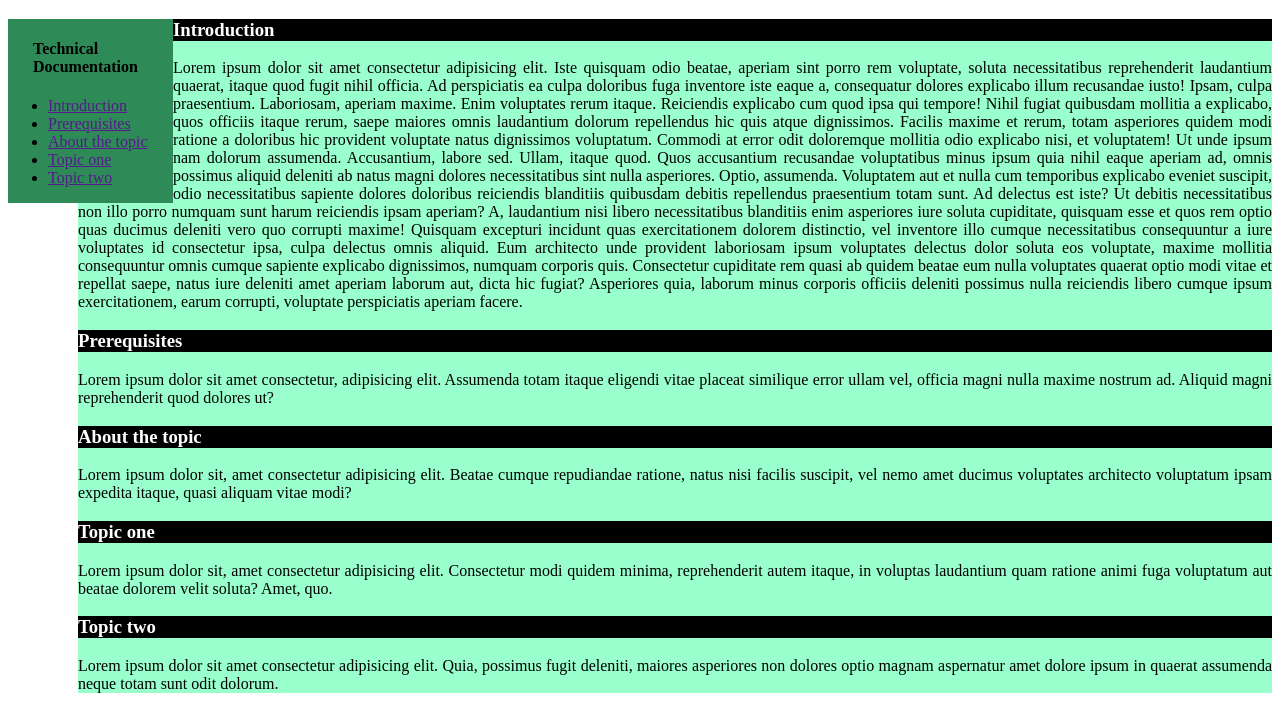
Repository: JoaoLemesDEV/Excercise-Tech-Documentation-Page
Page: index.html
An editor plug-in stored every save of this project. The page is shown before and after the next save, followed by the edit.
The browser window is 1280 px wide. The pictures show the whole page.

Above is the page before, as saved 2021-10-03 20:08:52.

### index.html
<!DOCTYPE html>
<html lang="en">
  <head>
    <meta charset="UTF-8" />
    <meta http-equiv="X-UA-Compatible" content="IE=edge" />
    <meta name="viewport" content="width=device-width, initial-scale=1.0" />
    <title>Technical Documentaion</title>
    <link rel="stylesheet" href="index.css" />
  </head>
  <body>
    <div id="menu">
      <h4 text-align="left">Technical<br />Documentation</h4>
      <nav>
        <ul>
          <li><a href="">Introduction</a></li>
          <li><a href="">Prerequisites</a></li>
          <li><a href="">About the topic</a></li>
          <li><a href="">Topic one</a></li>
          <li><a href="">Topic two</a></li>
        </ul>
      </nav>
    </div>
    <div id="contents">
      <section id="introduction">
        <h3 style="background: black; color: white">Introduction</h3>
        <p>
          Lorem ipsum dolor sit amet consectetur adipisicing elit. Iste quisquam
          odio beatae, aperiam sint porro rem voluptate, soluta necessitatibus
          reprehenderit laudantium quaerat, itaque quod fugit nihil officia. Ad
          perspiciatis ea culpa doloribus fuga inventore iste eaque a,
          consequatur dolores explicabo illum recusandae iusto! Ipsam, culpa
          praesentium. Laboriosam, aperiam maxime. Enim voluptates rerum itaque.
          Reiciendis explicabo cum quod ipsa qui tempore! Nihil fugiat quibusdam
          mollitia a explicabo, quos officiis itaque rerum, saepe maiores omnis
          laudantium dolorum repellendus hic quis atque dignissimos. Facilis
          maxime et rerum, totam asperiores quidem modi ratione a doloribus hic
          provident voluptate natus dignissimos voluptatum. Commodi at error
          odit doloremque mollitia odio explicabo nisi, et voluptatem! Ut unde
          ipsum nam dolorum assumenda. Accusantium, labore sed. Ullam, itaque
          quod. Quos accusantium recusandae voluptatibus minus ipsum quia nihil
          eaque aperiam ad, omnis possimus aliquid deleniti ab natus magni
          dolores necessitatibus sint nulla asperiores. Optio, assumenda.
          Voluptatem aut et nulla cum temporibus explicabo eveniet suscipit,
          odio necessitatibus sapiente dolores doloribus reiciendis blanditiis
          quibusdam debitis repellendus praesentium totam sunt. Ad delectus est
          iste? Ut debitis necessitatibus non illo porro numquam sunt harum
          reiciendis ipsam aperiam? A, laudantium nisi libero necessitatibus
          blanditiis enim asperiores iure soluta cupiditate, quisquam esse et
          quos rem optio quas ducimus deleniti vero quo corrupti maxime!
          Quisquam excepturi incidunt quas exercitationem dolorem distinctio,
          vel inventore illo cumque necessitatibus consequuntur a iure
          voluptates id consectetur ipsa, culpa delectus omnis aliquid. Eum
          architecto unde provident laboriosam ipsum voluptates delectus dolor
          soluta eos voluptate, maxime mollitia consequuntur omnis cumque
          sapiente explicabo dignissimos, numquam corporis quis. Consectetur
          cupiditate rem quasi ab quidem beatae eum nulla voluptates quaerat
          optio modi vitae et repellat saepe, natus iure deleniti amet aperiam
          laborum aut, dicta hic fugiat? Asperiores quia, laborum minus corporis
          officiis deleniti possimus nulla reiciendis libero cumque ipsum
          exercitationem, earum corrupti, voluptate perspiciatis aperiam facere.
        </p>
      </section>
      <section id="Prerequisites">
        <h3 style="background: black; color: white">Prerequisites</h3>
        <p>
          Lorem ipsum dolor sit amet consectetur, adipisicing elit. Assumenda
          totam itaque eligendi vitae placeat similique error ullam vel, officia
          magni nulla maxime nostrum ad. Aliquid magni reprehenderit quod
          dolores ut?
        </p>
      </section>
      <section id="about the topic">
        <h3 style="background: black; color: white">About the topic</h3>
        <p>
          Lorem ipsum dolor sit, amet consectetur adipisicing elit. Beatae
          cumque repudiandae ratione, natus nisi facilis suscipit, vel nemo amet
          ducimus voluptates architecto voluptatum ipsam expedita itaque, quasi
          aliquam vitae modi?
        </p>
      </section>
      <section id="topic one">
        <h3 style="background: black; color: white">Topic one</h3>
        <p>
          Lorem ipsum dolor sit, amet consectetur adipisicing elit. Consectetur
          modi quidem minima, reprehenderit autem itaque, in voluptas laudantium
          quam ratione animi fuga voluptatum aut beatae dolorem velit soluta?
          Amet, quo.
        </p>
      </section>
      <section id="topic two">
        <h3 style="background: black; color: white">Topic two</h3>
        <p>
          Lorem ipsum dolor sit amet consectetur adipisicing elit. Quia,
          possimus fugit deleniti, maiores asperiores non dolores optio magnam
          aspernatur amet dolore ipsum in quaerat assumenda neque totam sunt
          odit dolorum.
        </p>
      </section>
    </div>
  </body>
</html>

### index.css
#menu{
float: left;
background-color: seagreen;
width: 165px;
}

#menu h4{
margin-left: 25px;
}

#contents{
	margin-left: 70px;
	background: #9FC;
  text-align: justify;
}

}
section#introduction P{
  color: blue;
  text-align: justify;
}

After the next save:
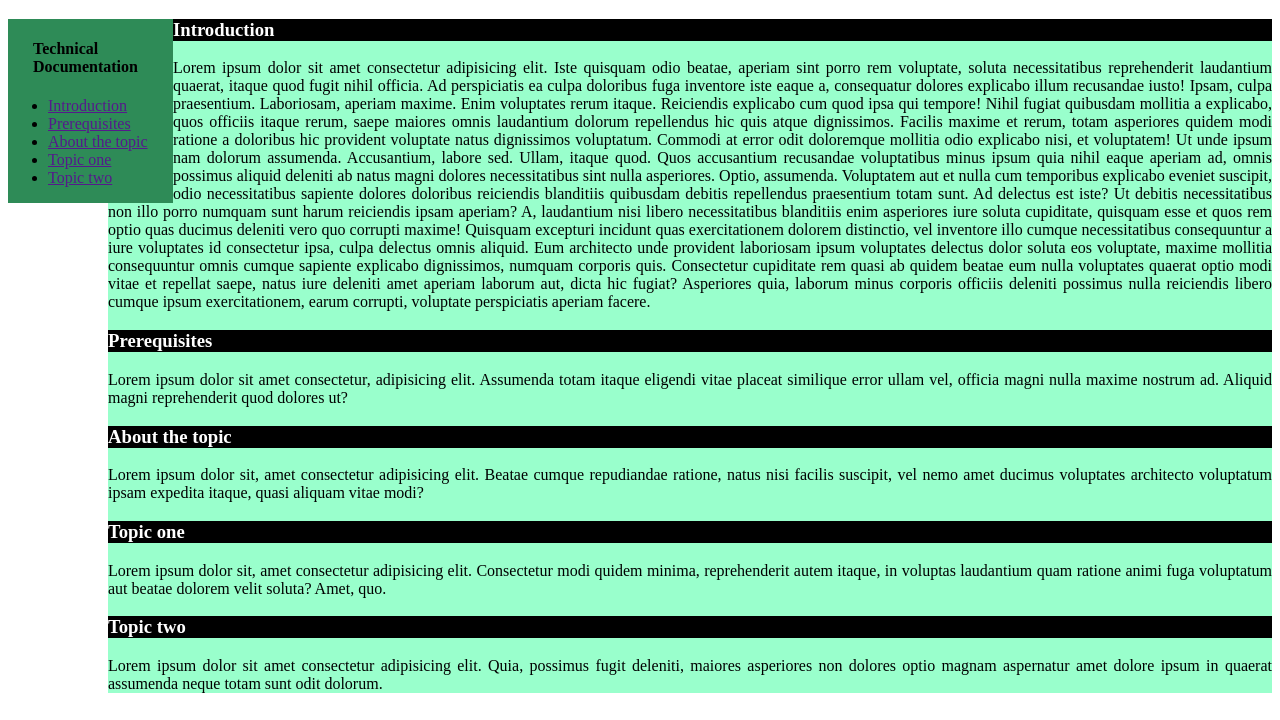
Saved 18 s later.
--- a/index.css
+++ b/index.css
@@ -9,7 +9,7 @@ margin-left: 25px;
 }
 
 #contents{
-	margin-left: 70px;
+	margin-left: 100px;
 	background: #9FC;
   text-align: justify;
 }
